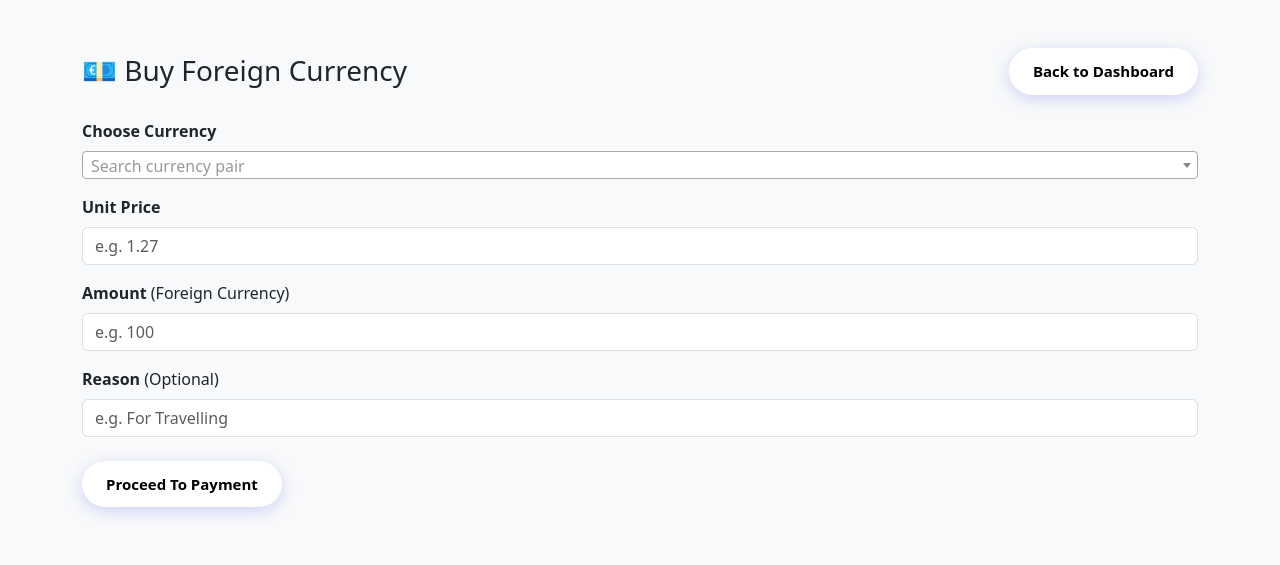
Repository: MayThetNaingBo/MerlionFX-app
Page: templates/create_order.html
An editor plug-in stored every save of this project. The page is shown before and after the next save, followed by the edit.
The browser window is 1280 px wide. The pictures show the whole page.
Some web libraries are served in a nearby version. The page is served by the project's application, run on Flask 3 (app.py). The template is opened directly, without the code that normally fills it, so the values that code supplies are empty.

Above is the page before, as saved 2025-08-08 17:12:34.

### templates/create_order.html
<!DOCTYPE html>
<html>
<head>
  <title>Buy FX - Merlion</title>
  <link href="https://cdn.jsdelivr.net/npm/bootstrap@5.3.2/dist/css/bootstrap.min.css" rel="stylesheet">
  <script src="https://code.jquery.com/jquery-3.6.0.min.js"></script>
  <link href="https://cdn.jsdelivr.net/npm/select2@4.1.0-rc.0/dist/css/select2.min.css" rel="stylesheet" />
  <script src="https://cdn.jsdelivr.net/npm/select2@4.1.0-rc.0/dist/js/select2.min.js"></script>
  <script src="https://cdn.jsdelivr.net/npm/bootstrap@5.3.2/dist/js/bootstrap.bundle.min.js"></script>

  <style>
    .custom-gradient-button {
      font-size: 15px;
      padding: 12px 24px;
      background: white;
      border: none;
      border-radius: 50px;
      cursor: pointer;
      color: black;
      font-weight: 600;
      transition: all 0.3s ease;
      box-shadow: 0 4px 15px rgba(102, 126, 234, 0.3);
      position: relative;
      overflow: hidden;
      text-decoration: none;
      display: inline-block;
    }

    .custom-gradient-button::before {
      content: '';
      position: absolute;
      top: 0;
      left: -100%;
      width: 100%;
      height: 100%;
      background: linear-gradient(90deg, transparent, rgba(255, 255, 255, 0.2), transparent);
      transition: left 0.5s;
    }

    .custom-gradient-button:hover::before {
      left: 100%;
    }

    .custom-gradient-button:hover {
      background: linear-gradient(135deg, #667eea 0%, #764ba2 100%);
      color: white;
      transform: translateY(-2px);
      box-shadow: 0 8px 25px rgba(102, 126, 234, 0.5);
    }

    .custom-modal-header {
      background: linear-gradient(135deg, #667eea 0%, #764ba2 100%);
      color: white;
      border-bottom: 3px solid #ddd;
      box-shadow: 0 4px 10px rgba(0, 0, 0, 0.2);
      text-align: center;
      position: relative;
    }

    .custom-modal-header .modal-title {
      width: 100%;
      text-align: center;
      font-weight: bold;
    }

    .custom-modal-header .btn-close {
      position: absolute;
      right: 1rem;
      top: 1rem;
      filter: brightness(0) invert(1);
    }
  </style>

  <script>
    $(document).ready(function () {
      $('#currencySelect').select2({
        placeholder: "Search currency pair",
        width: '100%'
      });

      $('#currencySelect').on('change', function () {
        const selectedPair = $(this).val();
        $.get("/get_fx_rate", { pair: selectedPair }, function (data) {
          if (data.rate) {
            $('input[name="itemUnitAmount"]').val(data.rate.toFixed(5));
          } else {
            alert("Could not fetch FX rate.");
          }
        });
      });

      $('#confirmBtn').on('click', function (e) {
        e.preventDefault();

        const selectedPair = $('#currencySelect').val();
        const unitPrice = parseFloat($('input[name="itemUnitAmount"]').val());
        const quantity = parseFloat($('input[name="itemQuantity"]').val());

        if (isNaN(unitPrice) || isNaN(quantity) || unitPrice <= 0 || quantity <= 0) {
          alert("⚠️ Please enter a valid amount you want to purchase.");
          return;
        }

        if (!selectedPair.endsWith("SGD")) {
          alert("⚠️ You can only purchase currencies quoted in SGD (e.g, USD/SGD).");
          return;
        }

        const total = (unitPrice * quantity).toFixed(2);

        // Extract base currency (left side of the slash)
        const baseCurrency = selectedPair.includes('/') ? selectedPair.split('/')[0] : selectedPair.slice(0, 3);

        $('#modalCurrency').text($('#currencySelect option:selected').text());
        $('#modalQuantity').text(quantity);
        $('#modalUnitPrice').text(`1 ${baseCurrency} = ${unitPrice.toFixed(5)} SGD`);
        $('#modalTotal').text(`SGD ${total}`);

        const myModal = new bootstrap.Modal(document.getElementById('confirmModal'));
        myModal.show();
      });

      $('#finalSubmitBtn').on('click', function () {
        $('#fxForm').submit();
      });
    });
  </script>
</head>

<body class="bg-light">
  <div class="container mt-5">
    <div class="d-flex justify-content-between align-items-center mb-4">
      <h3 class="mb-0">💶 Buy Foreign Currency</h3>
      <a href="/services" class="custom-gradient-button">Back to Dashboard</a>
    </div>

    <form method="POST" action="/process_order" id="fxForm">
      <input type="hidden" name="customerEmailAdd" value="{{ fEmail }}">
      <input type="hidden" name="invoiceID" value="{{ finvoiceID }}">

      <div class="mb-3">
        <label class="form-label"><strong>Choose Currency</strong></label>
        <select class="form-select" id="currencySelect" name="itemName" required>
          {% for pair in fxPairs %}
            <option value="{{ pair }}" {% if pair == defaultPair %}selected{% endif %}>
              {{ pair[:3] }}/{{ pair[3:] }}
            </option>
          {% endfor %}
        </select>
      </div>

      <div class="mb-3">
        <label class="form-label"><strong>Unit Price</strong></label>
        <input type="number" step="0.0001" name="itemUnitAmount" class="form-control" required value="{{ defaultRate }}" placeholder="e.g. 1.27">
      </div>

      <div class="mb-3">
        <label class="form-label"><strong>Amount</strong> (Foreign Currency)</label>
        <input type="number" name="itemQuantity" class="form-control" required placeholder="e.g. 100">
      </div>

      <div class="mb-4">
        <label class="form-label"><strong>Reason</strong> (Optional)</label>
        <input type="text" name="itemDescription" class="form-control" placeholder="e.g. For Travelling">
      </div>

      <button type="button" class="custom-gradient-button" id="confirmBtn">Proceed To Payment</button>
      <br><br>
    </form>
  </div>

  <!-- Confirmation Modal -->
  <div class="modal fade" id="confirmModal" tabindex="-1" aria-labelledby="confirmModalLabel" aria-hidden="true">
    <div class="modal-dialog modal-dialog-centered">
      <div class="modal-content">
        <div class="modal-header custom-modal-header w-100 justify-content-center">
          <h5 class="modal-title" id="confirmModalLabel">Confirm Your FX Purchase</h5>
        </div>
        <div class="modal-body">
          <p><strong>Currency:</strong> <span id="modalCurrency"></span></p>
          <p><strong>Purchase Amount:</strong> <span id="modalQuantity"></span></p>
          <p><strong>Exchange Rate:</strong> <span id="modalUnitPrice"></span></p>
          <hr>
          <p><strong>Total Amount (SGD):</strong> <span id="modalTotal" class="fw-bold text-success"></span></p>
        </div>
        <div class="modal-footer">
          <button type="button" class="custom-gradient-button" data-bs-dismiss="modal">Cancel</button>
          <button type="button" class="custom-gradient-button" id="finalSubmitBtn">Confirm and Pay</button>
        </div>
      </div>
    </div>
  </div>
</body>
</html>

Loaded but not shown: app.py (788 lines, source omitted)

After the next save:
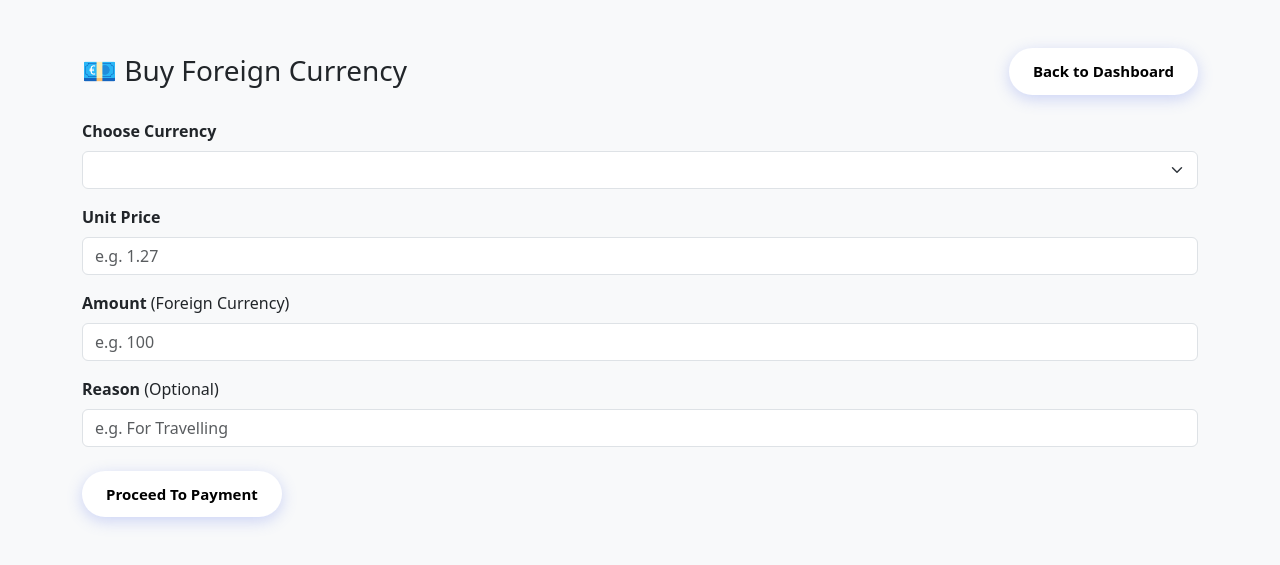
Console error: SyntaxError: Identifier 'baseCurrency' has already been declared
Saved 4 min 6 s later.
--- a/templates/create_order.html
+++ b/templates/create_order.html
@@ -110,6 +110,7 @@
 
         // Extract base currency (left side of the slash)
         const baseCurrency = selectedPair.includes('/') ? selectedPair.split('/')[0] : selectedPair.slice(0, 3);
+        const baseCurrency = selectedPair.includes('/') ? selectedPair.split('/')[0] : selectedPair.slice(0, 3);
 
         $('#modalCurrency').text($('#currencySelect option:selected').text());
         $('#modalQuantity').text(quantity);

After the save that followed:
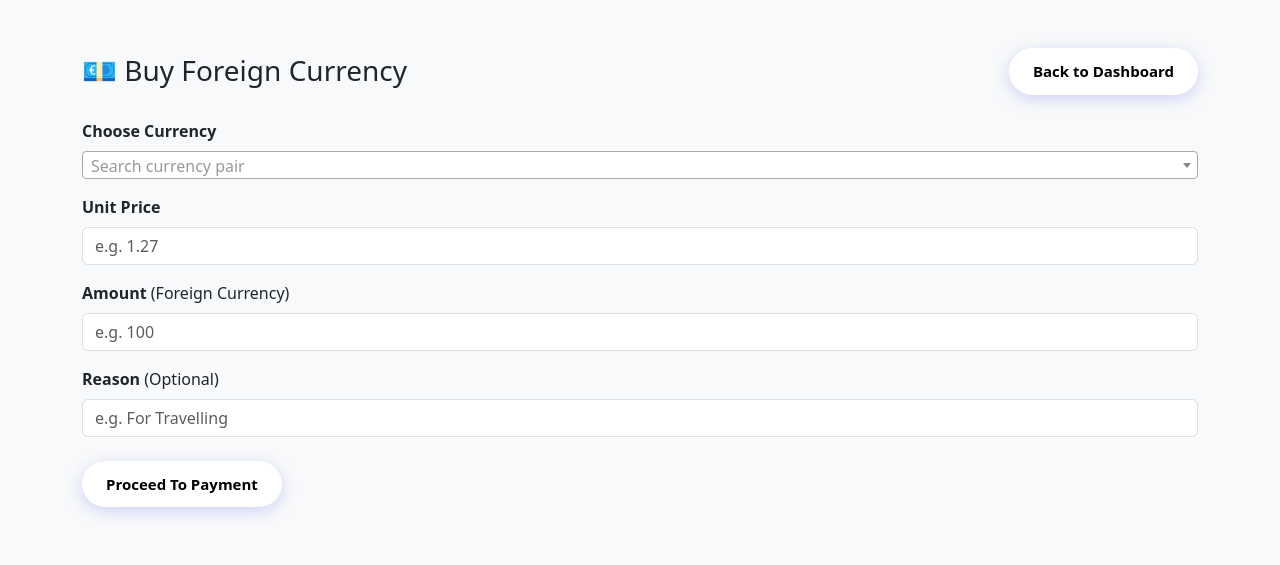
The error is gone.
Saved 5 s later.
--- a/templates/create_order.html
+++ b/templates/create_order.html
@@ -110,7 +110,7 @@
 
         // Extract base currency (left side of the slash)
         const baseCurrency = selectedPair.includes('/') ? selectedPair.split('/')[0] : selectedPair.slice(0, 3);
-        const baseCurrency = selectedPair.includes('/') ? selectedPair.split('/')[0] : selectedPair.slice(0, 3);
+        const frontCurrency = selectedPair.includes('/') ? selectedPair.split('/')[0] : selectedPair.slice(0, 3);
 
         $('#modalCurrency').text($('#currencySelect option:selected').text());
         $('#modalQuantity').text(quantity);
